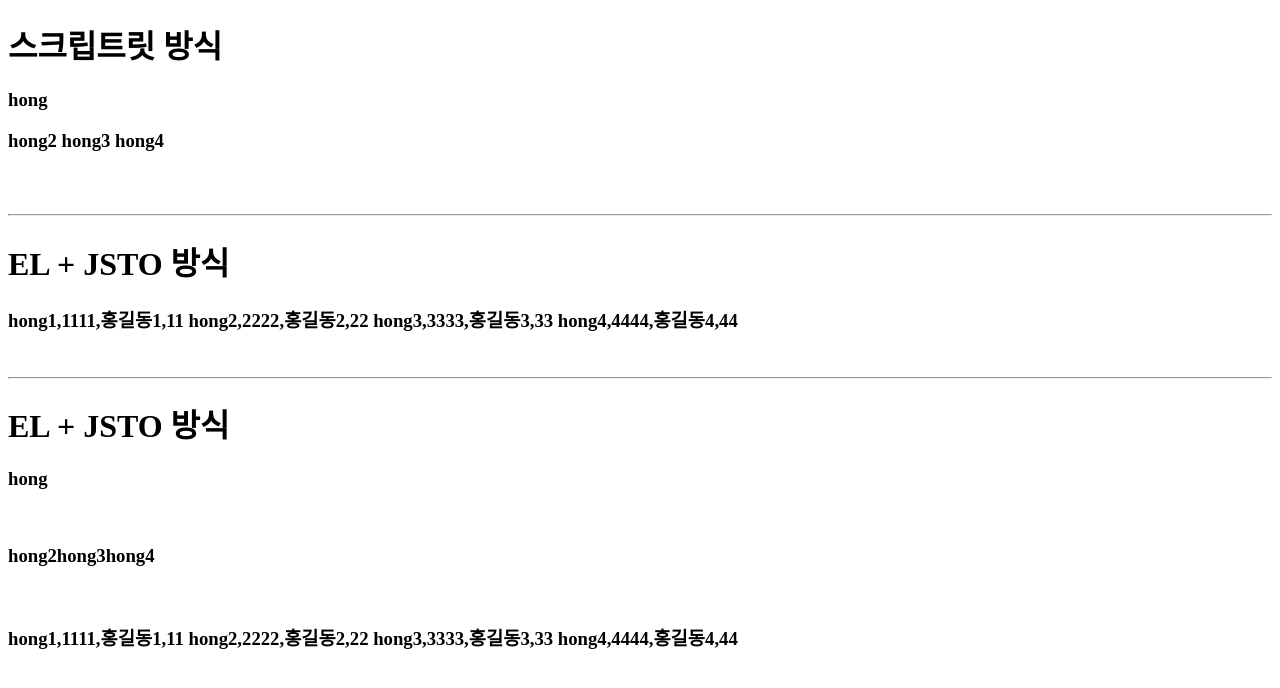
Repository: siucrystal/siuproject
Page: http://localhost/myweb/memberListJstl.jsp
An editor plug-in stored every save of this project. The page is shown before and after the next save, followed by the edit.
The browser window is 1280 px wide. The pictures show the whole page.
The page is served by Tomcat 9.

Above is the page before, as saved 2023-09-20 06:48:25.

After the next save:
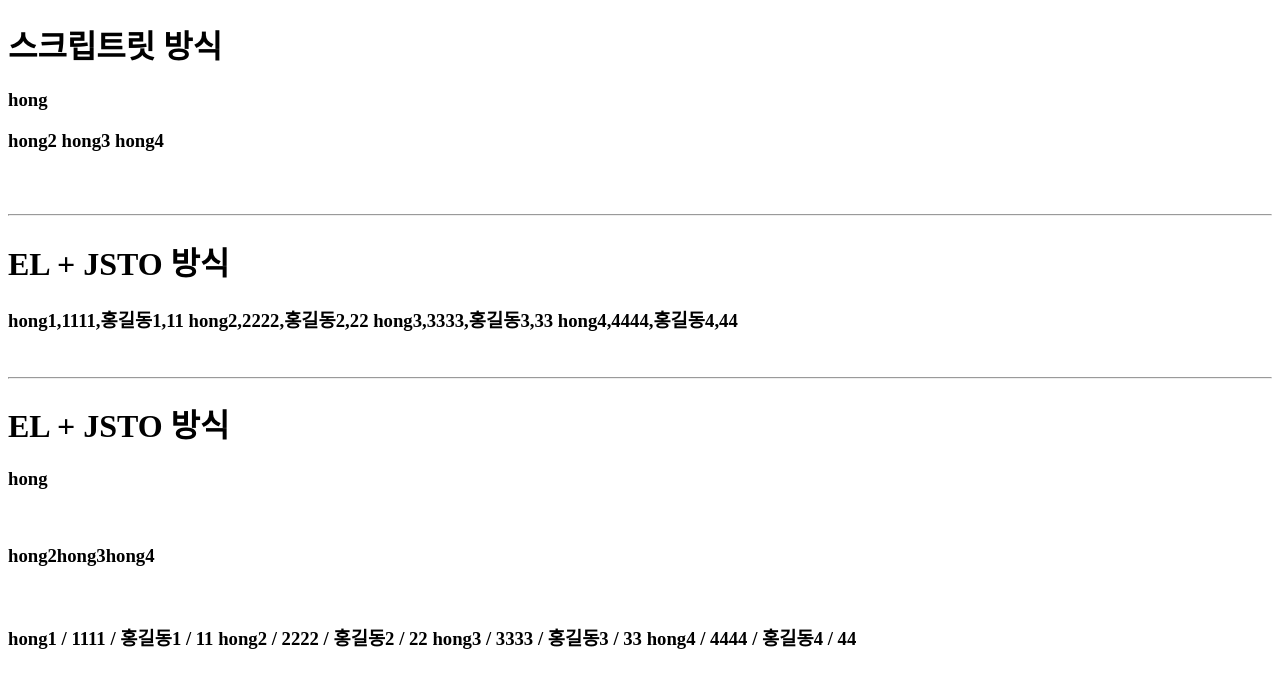
Saved 39 s later.
--- a/jspws/myweb/src/main/webapp/memberListViewJstl.jsp
+++ b/jspws/myweb/src/main/webapp/memberListViewJstl.jsp
@@ -51,7 +51,7 @@ ${requestScope.name}
 <br>
 <h3>
 <c:forEach var="dto" items="${list}">
-${dto.id},${dto.pw},${dto.name},${dto.age}
+${dto.id} / ${dto.pw} / ${dto.name} / ${dto.age}
 </c:forEach>
 </h3>
 </body>
